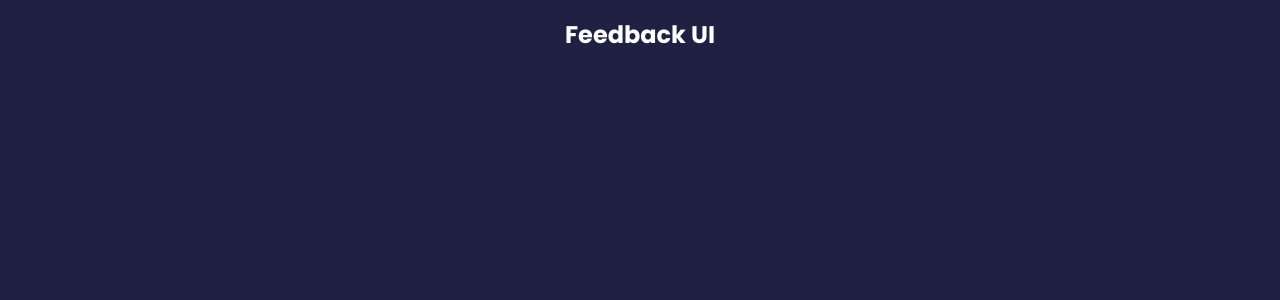
Repository: minhtien9/Feedback_App
Page: /
These files come from the project's save history. The page is drawn as it stood at one moment and after the next save; the edit follows.
The browser window is 1280 px wide. The pictures show the whole page.
The project was rebuilt for these pictures with package versions that can differ from the ones it lists, and the page was loaded fresh each time.

Above is the page before, as saved 2022-02-17 17:43:47.

### src/index.css
@import url('https://fonts.googleapis.com/css2?family=Poppins:wght@400;600;700&display=swap');

* {
    box-sizing: border-box;
    margin: 0;
    padding: 0;
}

body {
    font-family: 'Poppins', sans-serif;
    background-color: #202142;
    color: #fff;
    line-height: 1.6;
}

ul {
    list-style: none;
}

.container {
    max-width: 768px;
    margin: auto;
    padding: 0 20px;
}

header {
    height: 70px;
    width: 100%;
    display: flex;
    justify-content: space-between;
    align-items: center;
    margin-bottom: 30px;
}

.card {
    background-color: #fff;
    color: #333;
    border-radius: 15px;
    padding: 40px 50px;
    margin: 20px 0;
    position: relative;
}

.card.reverse {
    background-color: rgba(0, 0, 0, 0.4);
    color: #fff;
}

.card h2 {
    font-size: 22px;
    font-weight: 600;
    text-align: center;
}

.rating {
    display: flex;
    align-items: center;
    justify-content: space-around;
    margin: 30px 0 40px;
}

.rating li,
.num-display {
    position: relative;
    background: #f4f4f4;
    width: 50px;
    height: 50px;
    padding: 10px;
    text-align: center;
    border-radius: 50%;
    font-size: 19px;
    border: 1px #eee solid;
    transition: 0.3s;
}

.rating li label {
    position: absolute;
    top: 50%;
    left: 50%;
    width: 50px;
    height: 50px;
    padding: 10px;
    border-radius: 50%;
    transform: translate(-50%, -50%);
    cursor: pointer;
}

.rating li:hover,
.num-display {
    background: #ff6a95;
    color: #fff;
}

[type='radio'] {
    opacity: 0;
}

[type='radio']:checked ~ label {
    background: #ff6a95;
    color: #fff;
}

.input-group {
    display: flex;
    flex-direction: row;
    border: 1px solid #ccc;
    padding: 8px 10px;
    border-radius: 8px;
}

input {
    flex-grow: 2;
    border: none;
    font-size: 16px;
}

input:focus {
    outline: none;
}

.feedback-stats {
    color: #fff;
    display: flex;
    justify-content: space-between;
    align-items: center;
}

.num-display {
    position: absolute;
    top: -10px;
    left: -10px;
}

.close,
.edit {
    position: absolute;
    top: 10px;
    right: 20px;
    cursor: pointer;
    background: none;
    border: none;
}

.edit {
    right: 40px;
}

.btn {
    color: #fff;
    border: 0;
    border-radius: 8px;
    color: #fff;
    width: 100px;
    height: 40px;
    cursor: pointer;
}

.btn-primary {
    background-color: #202142;
}

.btn-secondary {
    background: #ff6a95;
}

.btn:hover {
    transform: scale(0.98);
    opacity: 0.9;
}

.btn:disabled {
    background-color: #cccccc;
    color: #333;
    cursor: auto;
}

.btn:disabled:hover {
    transform: scale(1);
    opacity: 1;
}

.message {
    padding-top: 10px;
    text-align: center;
    color: rebeccapurple;
}

/* FIX: Remove position: absolute to keep about icon at the bottom of the
 * document */
.about-link {
    display: flex;
    justify-content: flex-end;
}

/* FIX: Remove position: absolute to keep about icon at the bottom of the
 * document */
.about-link a {
    color: #fff;
    cursor: pointer;
}

.about-link a:hover {
    color: #ff6a95;
}

.about h1 {
    margin-bottom: 20px;
}

.about p {
    margin: 10px 0;
}

@media (max-width: 600px) {
    .rating li {
        margin: 10px 3px;
    }

    .rating {
        display: flex;
        align-items: center;
        justify-content: center;
        flex-wrap: wrap;
        margin: 30px 0 40px;
    }

    .input-group input {
        width: 80%;
    }
}

### src/App.js
import Header from './components/Header'

function App() {
    return (
        <div className='App'>
            <Header />
        </div>
    )
}

export default App

### src/components/Header.jsx
import React from 'react'
import PropTypes from 'prop-types'

Header.propTypes = {
    text: PropTypes.string,
    bgColor: PropTypes.string,
    textColor: PropTypes.string,
}

Header.defaultProps = {
    text: 'Feedback UI',
    bgColor: 'rgba(0,0,0,0.4)',
    textColor: '#ff6a95',
}

function Header({ text, bgColor, textColor }) {
    const headerStyles = { background: bgColor, color: textColor }
    return (
        <header>
            <div className='container'>
                <h2>{text}</h2>
            </div>
        </header>
    )
}

export default Header

Loaded but not shown: public/index.html (common file); src/index.js (common file)

After the next save:
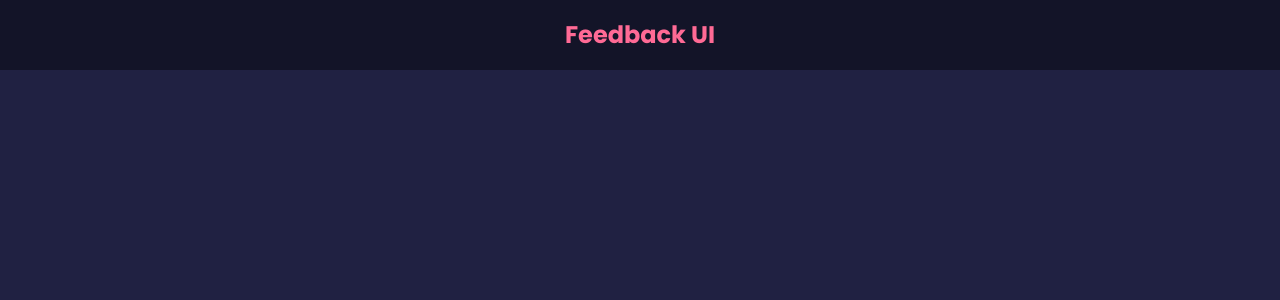
Saved 41 s later.
--- a/src/components/Header.jsx
+++ b/src/components/Header.jsx
@@ -16,7 +16,7 @@ Header.defaultProps = {
 function Header({ text, bgColor, textColor }) {
     const headerStyles = { background: bgColor, color: textColor }
     return (
-        <header>
+        <header style={headerStyles}>
             <div className='container'>
                 <h2>{text}</h2>
             </div>
